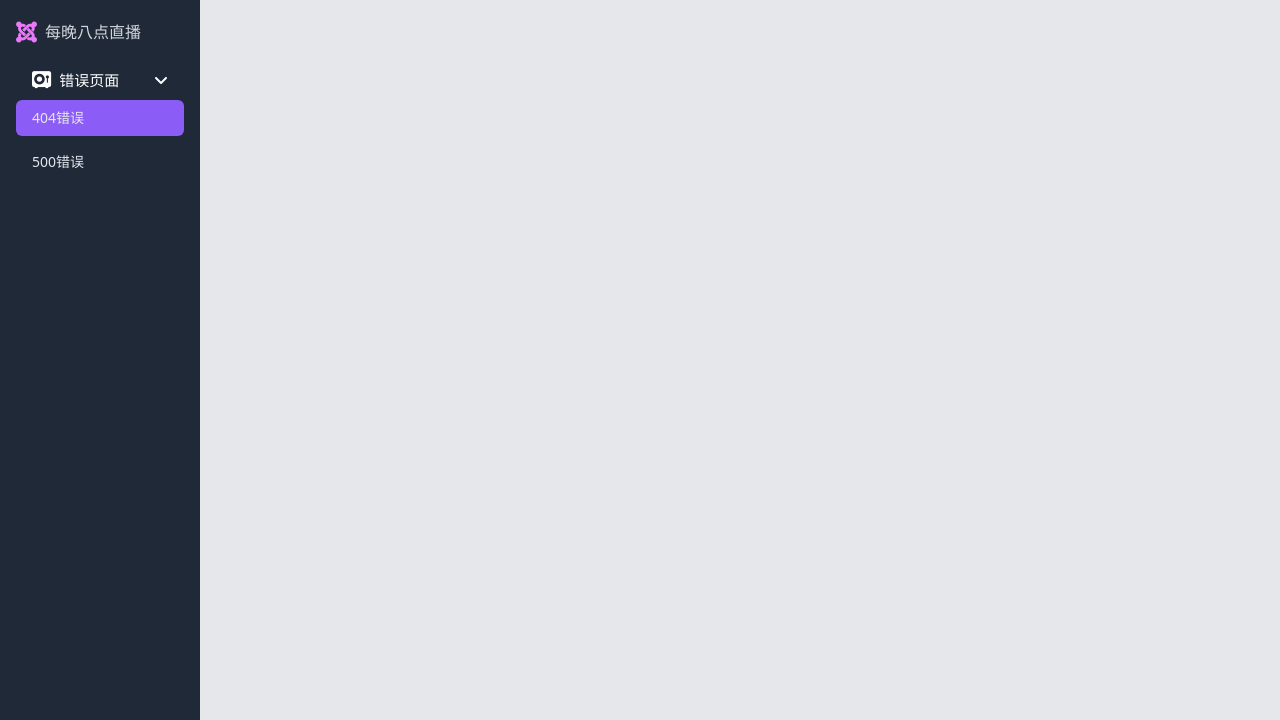
Repository: liangyingbo/vite-vue-TS
Page: /#/admin/home
An editor plug-in stored every save of this project. The page is shown before and after the next save, followed by the edit.
The browser window is 1280 px wide. The pictures show the whole page.
The project was rebuilt for these pictures with package versions that can differ from the ones it lists, and the page was loaded fresh each time. Also part of the build but not shown: vite.config.ts, src/components/form/HdButton.vue, src/components/form/HdInput.vue, src/components/form/hdLink.vue, src/styles/global.scss.

Above is the page before, as saved 2022-11-18 20:28:30.

### index.html
<!DOCTYPE html>
<html lang="en">
  <head>
    <meta charset="UTF-8" />
    <link rel="icon" type="image/svg+xml" href="/vite.svg" />
    <meta name="viewport" content="width=device-width, initial-scale=1.0" />
    <link href="https://cdn.bootcdn.net/ajax/libs/font-awesome/6.2.0/css/all.css" rel="stylesheet">
    <title>Vite + Vue + TS</title>
  </head>
  <body>
    <div id="app"></div>
    <script type="module" src="/src/main.ts"></script>
  </body>
</html>

### src/main.ts
import { createApp } from 'vue'
import router, { setupRouter } from '@/router'
import { setupPlugins } from '@/plugins'
import '@/styles/global.scss'
import App from './App.vue'

async function bootstrap() {
    const app = createApp(App)
    setupRouter(app)
    setupPlugins(app)
    await router.isReady()
    app.mount('#app')
}
bootstrap()

### src/router/index.ts
import { App } from 'vue';
import { createRouter, createWebHashHistory } from 'vue-router'
import routes from './routes';
import layoutRoutes from './autoLoad';
import guard from './guard';
const router = createRouter({
    history: createWebHashHistory(),
    routes : [...routes,...layoutRoutes]
})
export function setupRouter(app:App){

    guard(router)
    app.use(router)
}

export default router;

### src/plugins/index.ts
import { App } from "vue";
import { setupTailWindCssPlugin } from "./tailwindcss";

export function setupPlugins(app: App) {
    autoRegisterComponent(app)

    setupTailWindCssPlugin()
}



function autoRegisterComponent(app: App) {
    const components = import.meta.glob('../components/form/*.vue', { eager: true })
    console.log(components)
    Object.keys(components).forEach(key => {
        const name = key.split('/').pop()?.split('.')[0] as string

        app.component(name, components[key].default)
    })
}

### src/App.vue
<script setup lang="ts">

// import {info} from '@/apis/userApi'

//const response =  info()
// console.log(response.then(res=>res.data.age))
// console.log()

 </script>

 <template>

    <router-view ></router-view>
 </template>

<style scoped>
</style>

### src/router/routes.ts
import { RouteRecordRaw } from "vue-router"
 const routes = [
    {
        path:'/home',
        name:'home',
        component:() => import("@/views/home.vue"),
    }
]  as  RouteRecordRaw[]

export default routes

### src/router/autoLoad.ts
import { RouteRecordRaw } from "vue-router";


const layout = import.meta.glob('../layouts/*.vue')
const children = import.meta.glob('../views/**/*.vue')
function getRoutes() {
    const layoutRoutes = [] as RouteRecordRaw[]
    Object.entries(layout).forEach(([file, module]) => {
        const route = getRouteByModule(file, module)
        route.children = getChildrenRoutes(route)
        layoutRoutes.push(route)
    })
    return layoutRoutes
}


// 根据布局路由匹配子路由
function getChildrenRoutes(layoutRoute: RouteRecordRaw) {
    const routes = [] as RouteRecordRaw[]
    Object.entries(children).forEach(([file, module]) => {
        if (file.includes(`../views/${layoutRoute.name as string}`)) {
            const route = getRouteByModule(file, module)
            routes.push(route)
        }
    })
    return routes
}

function getRouteByModule(file: string, module: () => Promise<unknown>) {
    const name = file.replace(/.+layouts\/|.+views\/|\.vue/gi, '')
    const route = {
        name: name.replace('/', '.'),
        path: `/${name}`,
        component: module
    } as RouteRecordRaw

    return route
}
export default getRoutes()

### src/router/guard.ts
 import { RouteLocationNormalized, Router } from "vue-router"


class Guard {
    constructor(private router: Router) { }

    public run() {
          this.router.beforeEach((to,from) =>{
            console.log(to)
             if(!this.isLogin(to)) return {name:'auth.login'}


          })
    }

    private isLogin(route:RouteLocationNormalized){
        // console.log(route.meta)
        console.log(route.meta)
        return true
    }
}

export default (router: Router) => {
    new Guard(router).run()
}

### src/plugins/tailwindcss/index.ts
import './tailwindcss.css'

export function setupTailWindCssPlugin(){

}

### src/layouts/admin.vue
<template>
    <div>
         <router-view></router-view>
    </div>
</template>
<script lang="ts" setup>
import routes from "@/router/routes";


</script>

<script lang="ts">
export default {
    route:{meta:{auth:true}}
}
</script>

<style lang="scss" scoped>

</style>

### src/views/admin/home.vue
<template>
    <div class=" admin w-screen h-screen flex ">
        <div class="w-[200px] py-2 bg-gray-800">
             <div class="text-white  flex items-center py-2 px-4">
                <i class="fab fa-joomla text-2xl text-fuchsia-400 mr-2"></i>
                <span class="text-base text-gray-300">每晚八点直播</span>
             </div>
             <div class="left-container">
                <dl class="text-white mt-3 mx-4">
                    <dt class="px-4">
                       <section class="flex justify-between items-center cursor-pointer">
                        <div>
                        <i class="fas fa-vault text-[17px]"></i>
                        <span class="ml-2 text-[15px]">错误页面</span>
                        </div>
                        <i class="fas fa-angle-down"></i>
                       </section>
                    </dt>
                    <dd class="my-2 px-4 py-2 bg-violet-500  rounded-md text-gray-200 cursor-pointer hover:bg-violet-600 duration-300 text-sm">404错误</dd>
                    <dd class="my-2 px-4 py-2 rounded-md text-gray-200 cursor-pointer hover:bg-violet-600 duration-300 text-sm">500错误</dd>

                </dl>
             </div>
        </div>
        <div class="bg-gray-200 flex-1">
            <router-view></router-view>
        </div>
    </div>
</template>

<script lang="ts" setup></script>

<style lang="scss" scoped>

</style>

Loaded but not shown: src/plugins/tailwindcss/tailwindcss.css (common file); tailwind.config.cjs (common file)

After the next save:
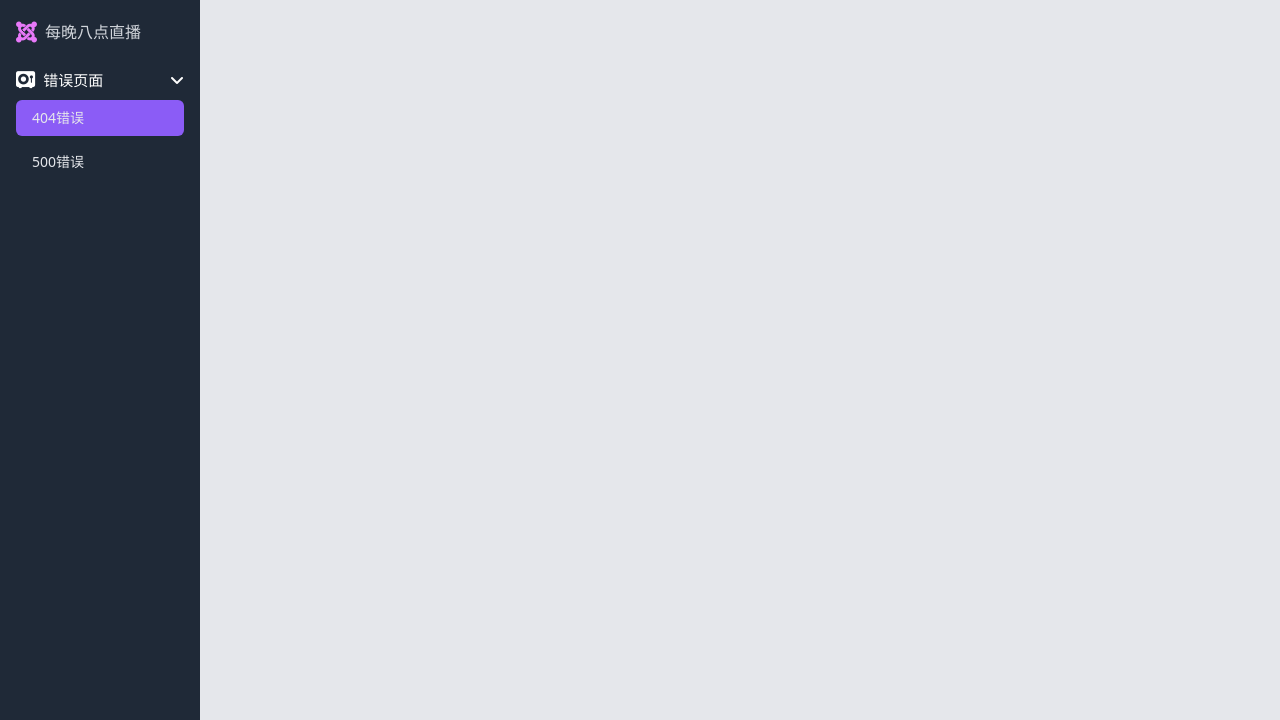
Saved 19 s later.
--- a/src/views/admin/home.vue
+++ b/src/views/admin/home.vue
@@ -7,7 +7,7 @@
              </div>
              <div class="left-container">
                 <dl class="text-white mt-3 mx-4">
-                    <dt class="px-4">
+                    <dt class="">
                        <section class="flex justify-between items-center cursor-pointer">
                         <div>
                         <i class="fas fa-vault text-[17px]"></i>
